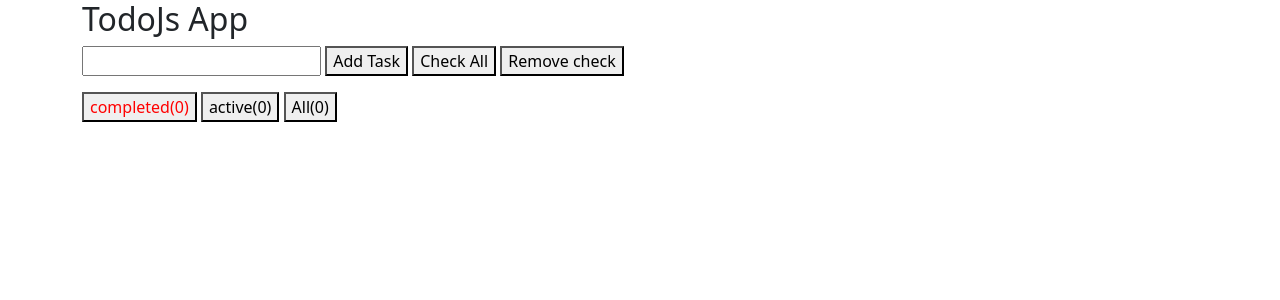
Repository: VladimirKasyanov/Todo
Page: index.html
These files come from the project's save history. The page is drawn as it stood at one moment and after the next save; the edit follows.
The browser window is 1280 px wide. The pictures show the whole page.

Above is the page before, as saved 2024-05-31 11:20:57.

After the next save:
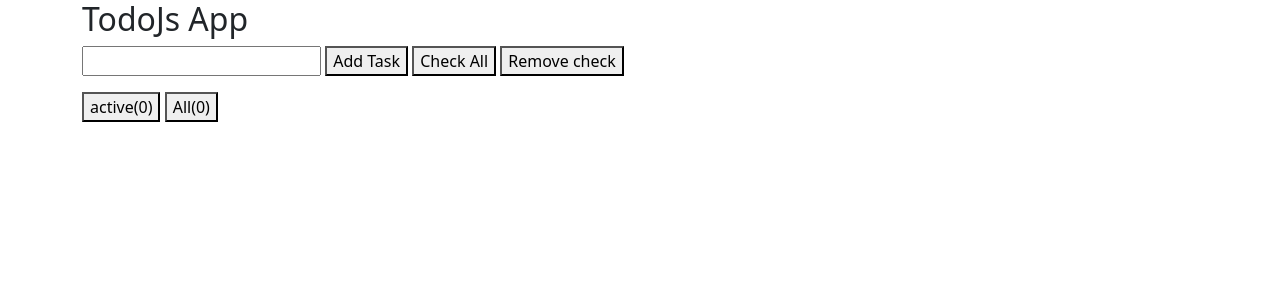
Saved 22 s later.
--- a/styles.css
+++ b/styles.css
@@ -1,3 +1,3 @@
 .completed {
-    color: red
+display: none;
 }
